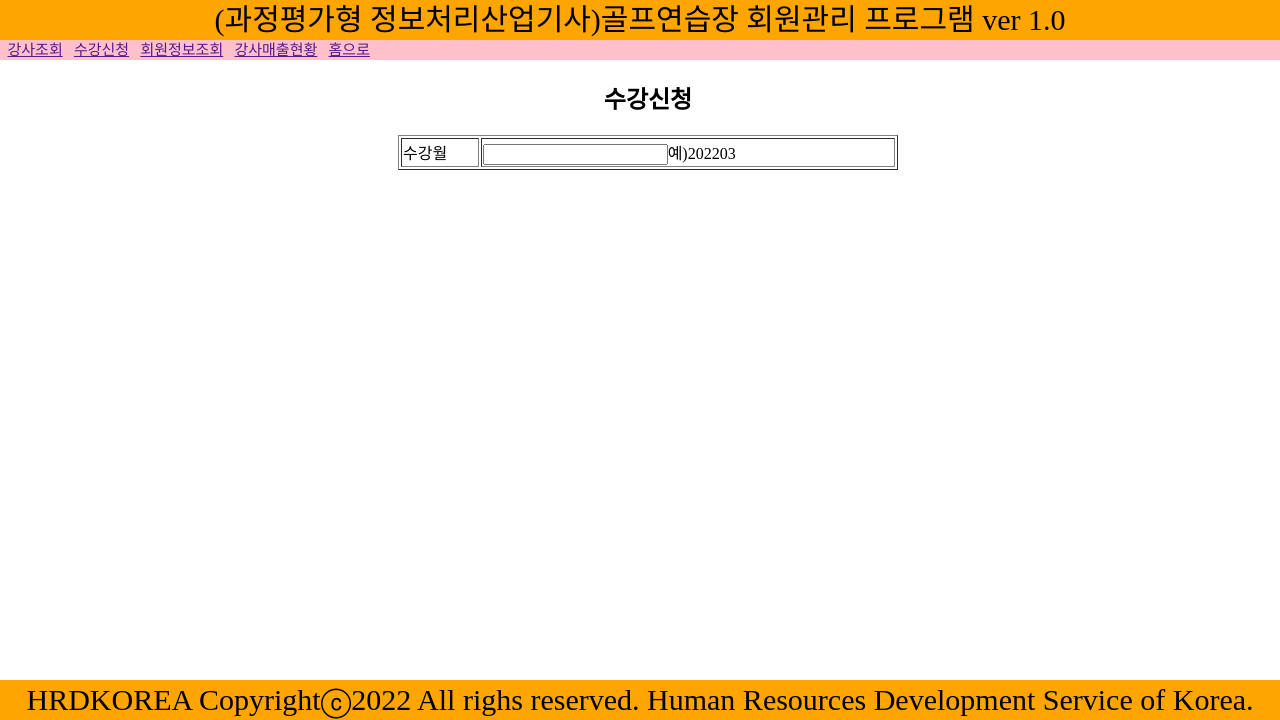
Repository: YeoJeongmo/hrdKorea
Page: http://localhost/HRD_1/insert.jsp
The author's editor kept a copy of each file at every save. The page is drawn from the files as they stood at one save, then again after the next save.
The browser window is 1280 px wide. The pictures show the whole page.
The page is served by Tomcat 9. Other server files are loaded and not shown.

Above is the page before, as saved 2024-09-04 12:12:12.

### cbq_05/workspace/HRD_1/src/main/webapp/insert.jsp
<%@ page language="java" contentType="text/html; charset=UTF-8"
    pageEncoding="UTF-8"%>
<!DOCTYPE html>
<html>
<head>
<meta charset="UTF-8">
<title>Insert title here</title>
</head>
<body>
<jsp:include page="header.jsp"></jsp:include>
<section style="position: fixed; top: 60px; width: 100%;">
	<h2 style="text-align: center;">수강신청</h2>
	<form style="display: flex; justify-content: center;">
	<table border="1" style="width: 500px;">
		<tr>
			<td> 수강월 </td>
			<td> <input type="text" name="resist_month">예)202203 </td>
		</tr>
	</table>
	</form>
</section>
<jsp:include page="footer.jsp"></jsp:include>
</body>
</html>

### cbq_05/workspace/HRD_1/src/main/webapp/header.jsp
<%@ page language="java" contentType="text/html; charset=UTF-8"
    pageEncoding="UTF-8"%>
<!DOCTYPE html>
<html>
<head>
<meta charset="UTF-8">
<title>Insert title here</title>
</head>
<body>
<header style="position: fixed; top: 0; left: 0; line-height: 40px; width: 100%; height: 40px; font-size: 30px; text-align: center; background-color: orange; color: black;">(과정평가형 정보처리산업기사)골프연습장 회원관리 프로그램 ver 1.0</header>
<nav  style="position: fixed; top: 40px; left: 0; line-height: 20px; width: 100%; height: 20px; font-size: 15px; background-color: pink; color: black;">
&nbsp;&nbsp;<a href="">강사조회</a>
&nbsp;&nbsp;<a href="">수강신청</a>
&nbsp;&nbsp;<a href="">회원정보조회</a>
&nbsp;&nbsp;<a href="">강사매출현황</a>
&nbsp;&nbsp;<a href="">홈으로</a>
</nav>
</body>
</html>

### cbq_05/workspace/HRD_1/src/main/webapp/footer.jsp
<%@ page language="java" contentType="text/html; charset=UTF-8"
    pageEncoding="UTF-8"%>
<!DOCTYPE html>
<html>
<head>
<meta charset="UTF-8">
<title>Insert title here</title>
</head>
<body>
<footer style="position: fixed; bottom: 0; left: 0; line-height: 40px; width: 100%; height: 40px; font-size: 30px; text-align: center; background-color: orange; color: black;">HRDKOREA Copyrightⓒ2022 All righs reserved. Human Resources Development Service of Korea.</footer>
</body>
</html>

After the next save:
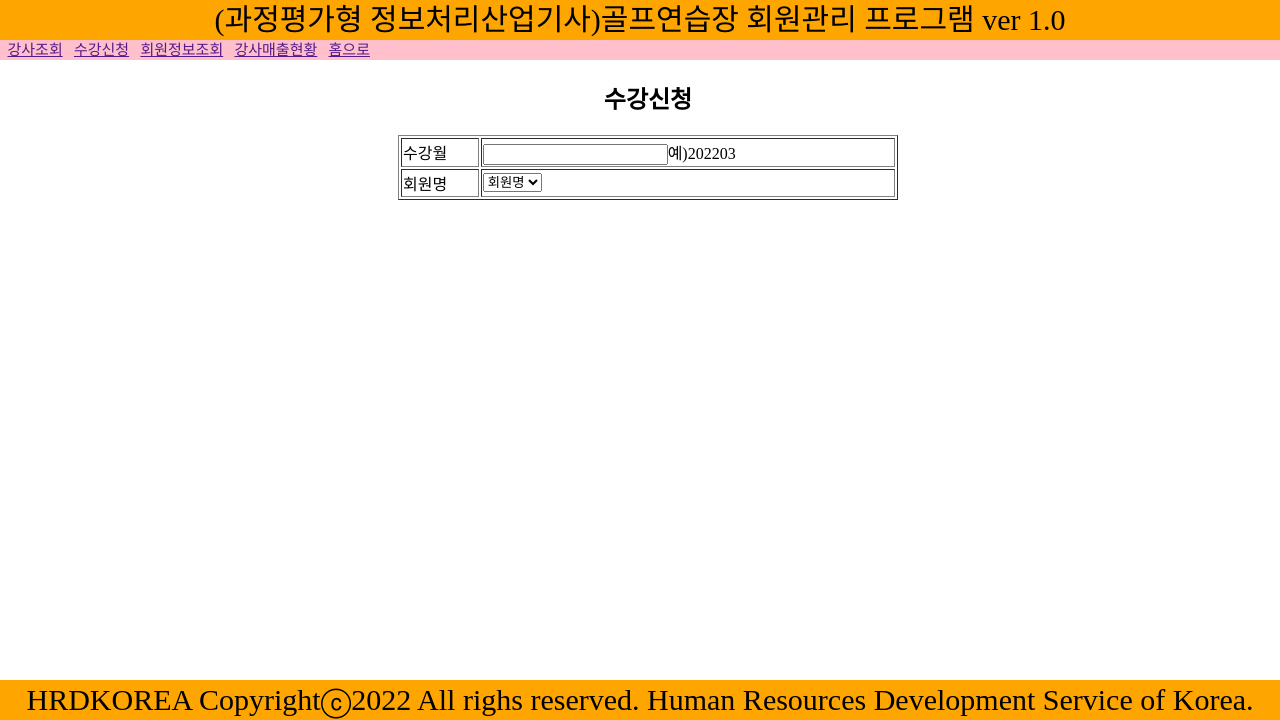
Saved 66 s later.
--- a/cbq_05/workspace/HRD_1/src/main/webapp/insert.jsp
+++ b/cbq_05/workspace/HRD_1/src/main/webapp/insert.jsp
@@ -16,6 +16,19 @@
 			<td> 수강월 </td>
 			<td> <input type="text" name="resist_month">예)202203 </td>
 		</tr>
+		<tr>
+			<td> 회원명 </td>
+			<td>
+				<select>
+					<option> 회원명 </option>
+					<option> 홍길동 </option>
+					<option> 장발장 </option>
+					<option> 임꺽정 </option>
+					<option> 성춘향 </option>
+					<option> 이몽룡 </option>
+				</select>
+			</td>
+		</tr>
 	</table>
 	</form>
 </section>
